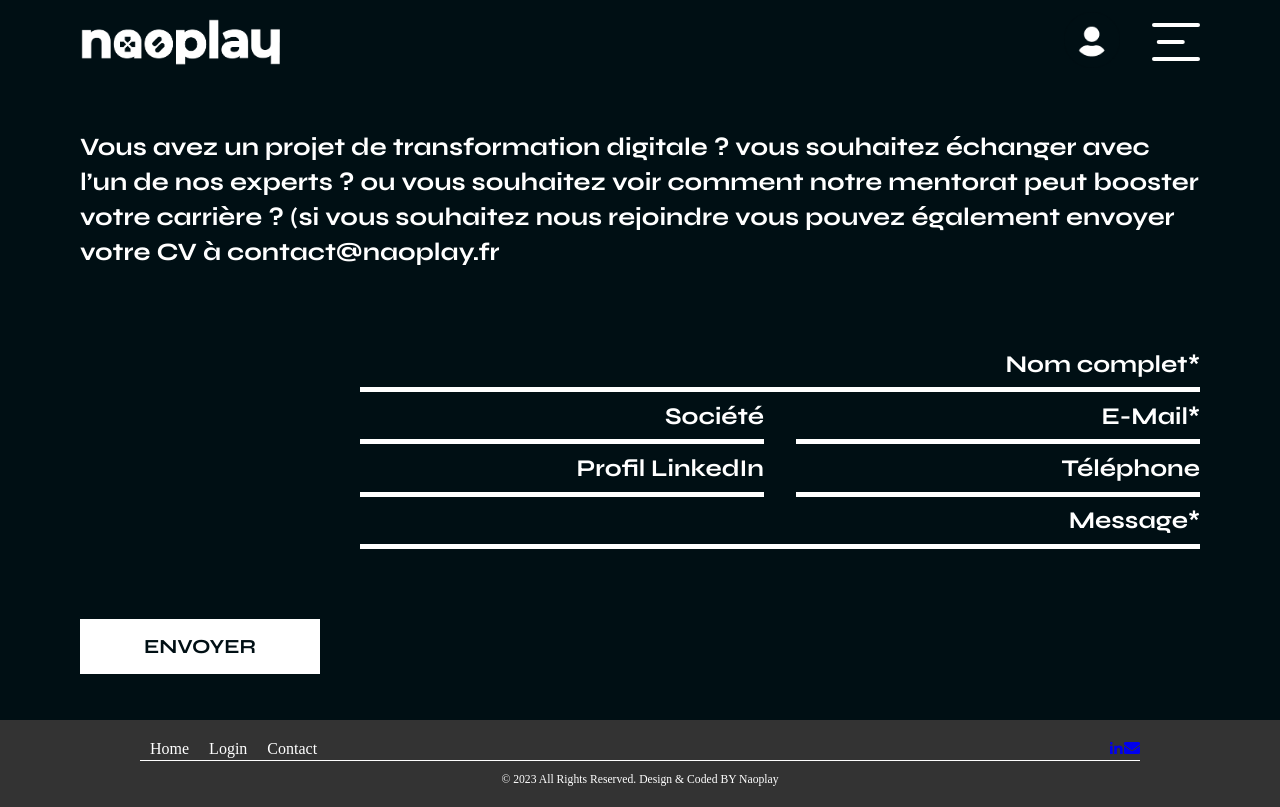
Repository: Hindsedrati/Naoplay
Page: /contact
The author's editor kept a copy of each file at every save. The page is drawn from the files as they stood at one save, then again after a run of saves.
The browser window is 1280 px wide. The pictures show the whole page.
The project was rebuilt for these pictures with package versions that can differ from the ones it lists, and the page was loaded fresh each time. Also part of the build but not shown: src/Pages/Login/index.jsx, src/Components/Const/index.jsx, src/Components/Partners/index.jsx, src/Components/Naoplay/index.jsx, src/Components/Api/index.jsx, src/Components/Digitalisation/index.jsx, src/Components/Gateway/index.jsx, src/Components/ApiManagement/index.jsx and 6 more.

Above is the page before, as saved 2023-05-09 11:26:02.

### public/index.html
<!DOCTYPE html>
<html lang="en">
  <head>
    <meta charset="utf-8" />
    <link href="https://fonts.googleapis.com/css2?family=Syne:wght@600;700&display=swap" rel="stylesheet">
    <link rel="apple-touch-icon" sizes="180x180" href="./favicons/apple-touch-icon.png">
    <link rel="icon" type="image/png" sizes="32x32" href="./favicons/favicon-32x32.png">
    <link rel="icon" type="image/png" sizes="16x16" href="./favicons/favicon-16x16.png">
    <link rel="manifest" href="./favicons/site.webmanifest">
    <link rel="mask-icon" href="./favicons/safari-pinned-tab.svg" color="#5bbad5">
    <meta name="viewport" content="width=device-width, initial-scale=1" />
    <meta name="theme-color" content="#000000" />
    <meta
      name="description"
      content="Web site created using create-react-app"
    />
    <link rel="apple-touch-icon" href="%PUBLIC_URL%/logo192.png" />
    <!--
      manifest.json provides metadata used when your web app is installed on a
      user's mobile device or desktop. See https://developers.google.com/web/fundamentals/web-app-manifest/
    -->
    <link rel="manifest" href="%PUBLIC_URL%/manifest.json" />
    <!--
      Notice the use of %PUBLIC_URL% in the tags above.
      It will be replaced with the URL of the `public` folder during the build.
      Only files inside the `public` folder can be referenced from the HTML.

      Unlike "/favicon.ico" or "favicon.ico", "%PUBLIC_URL%/favicon.ico" will
      work correctly both with client-side routing and a non-root public URL.
      Learn how to configure a non-root public URL by running `npm run build`.
    -->
    <title>NAOPLAY</title>
  </head>
  <body>
    <noscript>You need to enable JavaScript to run this app.</noscript>
    <div id="root"></div>
    <!--
      This HTML file is a template.
      If you open it directly in the browser, you will see an empty page.

      You can add webfonts, meta tags, or analytics to this file.
      The build step will place the bundled scripts into the <body> tag.

      To begin the development, run `npm start` or `yarn start`.
      To create a production bundle, use `npm run build` or `yarn build`.
    -->
  </body>
</html>

### src/style.scss
* {
    margin: 0;
    padding: 0;
    box-sizing: border-box;
}

.app-container {
    width: 100%;
    max-width: 100%;
    margin-left: auto;
    margin-right: auto;
}

.main-container {
    width: 100%;
    overflow-x: hidden;
}

@media screen and (min-width: 769px) and (max-width: 1900px) {
    .main-container {
        padding: 70px 80px 20px 80px;
    }
}
@media screen and (min-width: 1901px) {
    .main-container {
        padding: 150px 80px 20px 80px;
    }
}
@media screen and (max-width: 768px) {
    .main-container {
        padding: 1rem;
    }
}

### src/Layouts/Footer/Index.jsx
import './footer.scss';
import { RiLinkedinFill } from "react-icons/ri";
import { FaEnvelope } from "react-icons/fa";


function Footer() {
    return (
        <footer>

<div class="footer-content">
  <div class="footer-section links">
    <a href="/">Home</a>
    <a href="/">Login</a>
    <a href="/">Contact</a>
  </div>

  <div className="footer__icons">
    <a href="https://www.linkedin.com/company/naoplay/" target="_blank" rel="noreferrer">
      <RiLinkedinFill />
    </a>
    <a href="mailto:contact@naoplay.fr/" target="_blank" rel="noreferrer">
      <FaEnvelope />
    </a>
  </div>



</div>

<div class="footer-bottom">
  <small>&copy; 2023 All Rights Reserved. </small>
  <small>Design & Coded BY Naoplay </small>

</div>

        </footer>

    )
}

export default Footer

### src/Pages/Home/Home.scss
body{
    box-sizing: border-box;
    overflow-x: hidden;
}

### src/Layouts/Footer/footer.scss
footer {
    background-color: #333;
    color: #fff;
    padding: 20px 0;
  }

  .footer-content {
    display: flex;
    justify-content: space-between;
    max-width: 1000px;
    margin: 0 auto;
  }

  .footer-section {
    display: flex;
  }

  .links a,
  .social a {
    color: #fff;
    text-decoration: none;
    padding: 0 10px;
  }

  .links a:hover,
  .social a:hover {
    text-decoration: underline;
  }

  .social i {
    font-size: 24px;
    margin-left: 10px;
  }

  .footer-bottom {
    max-width: 1000px;
    margin: 0 auto;
    font-size: 14px;
    text-align: center;
    border-top: 1px solid #fff;
    padding-top: 10px;
  }
  .footer__mentions-wrapper {
    display: flex;
    flex-direction: column;
    align-items: center;
  }

### src/Sass/variables.scss
@import url('https://fonts.googleapis.com/css2?family=Syne:wght@200;400;500;600;700&display=swap');
@import url('https://fonts.googleapis.com/css2?family=DM+Sans:wght@200;400;500;600;700&display=swap');

@font-face {
    font-family: 'MonumentExtended';
    src: url('fonts/MonumentExtended-Regular.otf') format('truetype');
    font-weight: normal;
    font-style: normal;
}

$Dm: 'DM Sans', sans-serif;
$syne: 'Syne', sans-serif;

//colors
$dark: #000F14;
$light: white;
$primary: #00A8EB;
$bg: #fdfdfd;

### src/Components/Const/const.scss
@import '../../Sass/variables.scss';

.home {

  color: $light;
  background-image: url('../../assets/vision_naoplay.webp');
  background-size: cover;
  background-position: center;

  h1 {
    font-weight: bold;
    font-family: 'MonumentExtended', sans-serif;
  }

  h2 {
    font-family: $syne;
  }

  &__btn {
    text-decoration: none;
    color: $dark;
    display: inline-block;
    padding: 0.75rem 1.5rem;
    background-color: $light;
    font-family: $syne;
    font-size: 1rem;
    font-weight: 700;
    transition: background-color 0.3s ease;

    &:hover {
      background-color: $dark;
      color: $light;
    }
  }
}

@media screen and (min-width: 769px) and (max-width: 1900px) {
  .home {
    margin-top: 2rem;

    h1 {
      font-size: 70px;
      font-weight: 500;
    }

    h2 {
      margin-top: 80px;
      font-size: 32px;
      font-weight: 700;
      line-height: 40px;
    }

    &__btn {
      margin-top:150px;
    }
  }
}

/* Code ajouté pour centrer en version mobile */
@media screen and (max-width: 768px) {
  .home {
    //height: calc(100vh - 80px);
    //padding: 1rem;
    margin-top: 5rem;
    display: flex;
    justify-content: center;
    align-items: center;
    flex-direction: column;

    h1 {
      font-size: 30px;
      line-height: 45px;
      font-weight: 200;
    }

    h2 {
      margin-top: 50px;
      font-size: 20px;
      font-weight: 500;
      font-family: $Dm;
      line-height: 1.6;
    }

    &__btn {
      margin-top: 30px;
    }
  }
}

@media screen and (min-width: 1901px) {
  .home {
    height: 100vh;
    h1 {
      line-height: 5rem;
      font-size: 70px;
      font-weight: 500;
    }

    h2 {
      margin-top: 80px;
      font-size: 32px;
      font-weight: 700;
      line-height: 40px;
    }

    &__btn {
      margin-top: 80px;
    }
  }

}

### src/Components/Partners/partners.scss
@import '../../Sass/variables.scss';

.partners {
  min-height: 210px;
  background: $dark;
  color: $light;

  &__content {
    display: flex;
    align-items: center;
  }

  &__content h3 {
    font-family: 'MonumentExtended', sans-serif;
    color: $light;
  }
}

@media screen and (min-width: 769px) and (max-width: 1900px) {

  .partners {
    padding-left: 80px;
    display: grid;
    grid-template-columns: 1fr 3fr;

    &__content h3 {
      padding-right: 15px;
      font-size: 20px;
      font-weight: 500;
      line-height: 32px;
    }

    &__image {
      position: relative;
      width: auto;
      height: 70px;
      margin-top: 70px;
      overflow: hidden;
    }

    &__icons {
      position: absolute;
      display: flex;
      width: 150%;
      height: 70px;
      top: 0;
      left: 30px;
      color: #fff;

      animation-name: IconeMove;
      animation-duration: 7s;
      animation-iteration-count: infinite;
      animation-direction: alternate;
      animation-timing-function: ease-in-out;

      @keyframes IconeMove {
        from {
          transform: translateX(-25%);
        }

        to {
          transform: translateX(0);
        }
      }
    }

    &__icons img {
      height: 100%;
      width: auto;
      margin-right: 70px;

    }
  }
}

@media screen and (min-width: 1901px) {

  .partners {
    padding-left: 80px;
    display: grid;
    grid-template-columns: 1fr 3fr;

    &__content h3 {
      padding-right: 15px;
      font-size: 25px;
      font-weight: 500;
      line-height: 32px;
    }

    &__image {
      position: relative;
      width: auto;
      height: 70px;
      margin-top: 70px;
      overflow: hidden;
    }

    &__icons {
      position: absolute;
      display: flex;
      width: 150%;
      height: 70px;
      top: 0;
      left: 30px;
      color: #fff;

      animation-name: IconeMove;
      animation-duration: 9s;
      animation-iteration-count: infinite;
      animation-direction: alternate;
      animation-timing-function: ease-in-out;

      @keyframes IconeMove {
        from {
          transform: translateX(-25%);
        }

        to {
          transform: translateX(0);
        }
      }
    }

    &__icons img {
      height: 100%;
      width: auto;
      margin-right: 70px;

    }
  }
}

@media screen and (max-width: 768px) {

  .partners {
    padding: 1rem;

    &__content h3 {
      font-size: 20px;
      font-weight: 500;
      line-height: 32px;
    }

    &__image {
      position: relative;
      width: auto;
      height: 70px;
      margin-top: 50px;
      overflow: hidden;
    }

    &__icons {
      position: absolute;
      display: flex;
      width: 150%;
      height: 60px;
      top: 0;
      left: 30px;
      color: #fff;

      animation-name: IconeMove;
      animation-duration: 5s;
      animation-iteration-count: infinite;
      animation-direction: alternate;
      animation-timing-function: ease-in-out;

      @keyframes IconeMove {
        from {
          transform: translateX(-200%);
        }

        to {
          transform: translateX(0);
        }
      }
    }

    &__icons img {
      height: 100%;
      width: auto;
      margin-right: 70px;

    }
  }
}

### src/Components/Digitalisation/digital.scss
@import '../../Sass/variables.scss';

.digital {
  background-image: url('../../assets/eye-naoplay.webp');
  background-size: cover;
  background-position: center;
  width: 100%;
  height: 50vh;
  object-fit: none;
  color: $light;
  display: flex;
  align-items: center;
  justify-content: center;

  &__content {
    width: 100%;
    max-width: 960px;
    margin: 0 auto;
    padding: 0 1rem;
    text-align: center;
  }

  &__title {
    font-family: 'MonumentExtended', sans-serif;

    margin: 0;
    font-size: 2rem;
    line-height: 1;

  }

  @media screen and (max-width: 768px) {
    .digital{
      display: none;
    }
  }
}
@media screen and (min-width: 769px) and (max-width: 1900px) {
  .digital{
    display: none;
  }
}
@media screen and (min-width: 1900px){
  .digital{
    display: none;
  }
}

### src/Components/Gateway/gateway.scss
@import '../../Sass/variables.scss';

.Gateway{
    height: 100vh;
    padding: 100px;
    color: $dark;

    &__title {
        font-family: 'MonumentExtended', sans-serif;
    }

    &__content::-webkit-scrollbar {
        width: 0;
    }

}


@media screen and (min-width: 769px) and (max-width: 1900px) {
    .Gateway{
        display: grid;
        grid-template-columns: 1fr 2fr;
        align-items: center;

        &__content__child p{
            line-height: 4rem;
            font-family: $syne;
            font-size: 24px;
            font-weight: bold;
        }
    }

    .partone{
        display: block;
        height: calc(100vh - 200px);
        padding: 8rem 4rem 4rem;
        text-align: right;
        background: $dark;
        color: $light;
    }

    .partone:hover{
        background-color: $primary;
        scroll-behavior: smooth;
    }

    .parttwo{
        position: relative;
        height: calc(100vh - 200px);

        .Gateway__title {
            position: absolute;
            top: 0;
            bottom: 0;
            display: flex;
            align-items: center;
            margin-left: 6rem;
            font-size: 56px;
            vertical-align: middle;
        }

        .G1, .G2, .G3, .G4, .G5 {
            display: inline-block;
            margin-top: 5vh;
            margin-bottom: 5vh;
            border-bottom: 1rem solid $primary;
            border-right: 2rem solid transparent;
            line-height: 36px;
        }

        .G1{
            margin-left: 15%;
        }

        .G2{
            margin-left: 50%;
        }

        .G3{
            margin-left: 80%;
        }

        .G4{
            margin-left: 50%;
        }

        .G5{
            margin-left: 15%;
        }
    }
}

@media screen and (min-width: 1901px) {
    .Gateway{
        display: grid;
        grid-template-columns: 1fr 2fr;
        align-items: center;

        &__content__child p{
            line-height: 9rem;
            font-family: $syne;
            font-size: 30px;
            font-weight: bold;
        }
        .items{
            margin-top: 3rem;
        }
    }

    .partone{
        display: block;
        height: calc(100vh - 200px);
        padding: 4rem 4rem 4rem;
        text-align: right;
        background: $dark;
        color: $light;
    }

    .partone:hover{
        background-color: $primary;
        scroll-behavior: smooth;
    }

    .parttwo{
        position: relative;
        height: calc(100vh - 200px);

        .Gateway__title {
            position: absolute;
            top: 0;
            bottom: 0;
            display: flex;
            align-items: center;
            margin-left: 6rem;
            font-size: 56px;
            vertical-align: middle;
        }

        .G1, .G2, .G3, .G4, .G5 {
            display: inline-block;
            margin-top: 5vh;
            margin-bottom: 5vh;
            border-bottom: 1rem solid $primary;
            border-right: 2rem solid transparent;
            line-height: 36px;
        }

        .G1{
            margin-left: 15%;
        }

        .G2{
            margin-left: 50%;
        }

        .G3{
            margin-left: 80%;
        }

        .G4{
            margin-left: 50%;
        }

        .G5{
            margin-left: 15%;
        }
    }
}

@media screen and (max-width: 768px) {
    .Gateway{
        display: none;
    }
}

### src/Components/Management/management.scss
@import '../../Sass/variables.scss';

.management {
    background: $primary;
    color: $light;

    &__title {
        font-family: 'MonumentExtended', sans-serif;
    }

    &__content::-webkit-scrollbar {
        width: 0;
    }
}

@media screen and (min-width: 769px) and (max-width: 1900px) {
    .management {
        min-height: 100vh;

        &__title {
            display: none;
        }

        &__content {
            width: 100%;
            min-height: 250px;
            padding: 30px 100px;
            display: flex;
            flex-flow: row nowrap;
            gap: 100px;
            font-family: $syne;
            font-size: 20px;
            font-weight: 400;
            line-height: 30px;
            position: relative;

            .arrow_1 {
                display: none;
            }

            .arrow_2 {
                display: none;
            }

            & p {
                margin-top: .8rem;
                font-family: $Dm;
            }
        }
    }
}

@media screen and (min-width: 1901px) {
    .management {
        min-height: 100vh;

        &__title {
            display: none;
        }

        &__content {
            width: 100%;
            min-height: 250px;
            padding: 30px 100px;
            display: flex;
            flex-flow: row nowrap;
            gap: 100px;
            font-family: $syne;
            font-size: 20px;
            font-weight: 400;
            line-height: 30px;
            position: relative;

            .arrow_1 {
                display: none;
            }

            .arrow_2 {
                display: none;
            }

            & p {
                font-size: 25px;
                margin-top: .8rem;
                font-family: $Dm;
            }
        }
    }
}

@media screen and (max-width: 768px) {
    .management {
        padding: 2.5rem 1rem;

        &__content {
            display: flex;
            flex-flow: row nowrap;
            gap: 2rem;
            font-family: $syne;
            font-size: 25px;
            font-weight: 500;
            line-height: 30px;
            overflow: scroll;
            position: relative;

            &__child {
                min-width: 100%;
            }

            .arrow_1 {
                position: absolute;
                bottom: 2px;
                right: 10px;
                font-size: 30px;
                color: $primary;
                background: $light;
                display: flex;
                align-items: center;
                justify-content: center;
                border-radius: 50%;
                width: 40px;
                height: 40px;
            }

            .arrow_2 {
                position: absolute;
                bottom: 2px;
                right: -23rem;
                font-size: 2rem;
                background: $light;
                color: $primary;
                display: flex;
                align-items: center;
                justify-content: center;
                border-radius: 50%;
                width: 40px;
                height: 40px;
            }
        }

        &__title {
            margin-top: 30px;
            font-size: 30px;
            line-height: 30px;
            font-weight: 100;
        }

        &__content {
            font-size: 25px;
            font-weight: 700;
            line-height: 30px;
        }

        & p {
            margin-top: 30px;
            padding: 0rem 1rem;
        }
    }



}

Loaded but not shown: src/reportWebVitals.js (common file); src/index.js (34 lines, source omitted); src/Layouts/Header/header.scss (458 lines, source omitted); src/Components/ApiManagement/api_m.scss (329 lines, source omitted); src/Components/Api/api.scss (344 lines, source omitted); src/Components/Naoplay/naoplay.scss (359 lines, source omitted); src/Layouts/Header/Index.jsx (115 lines, source omitted); src/Pages/Error403/Error403.scss (201 lines, source omitted); src/Components/Mentorat/mentorat.scss (204 lines, source omitted); src/Components/Proxisation/proxi.scss (219 lines, source omitted); src/Pages/Error404/Error.scss (200 lines, source omitted); src/Pages/Contact/index.jsx (105 lines, source omitted); src/Pages/Login/login.scss (182 lines, source omitted); src/Pages/Contact/Contact.scss (206 lines, source omitted)

After the next 2 saves:
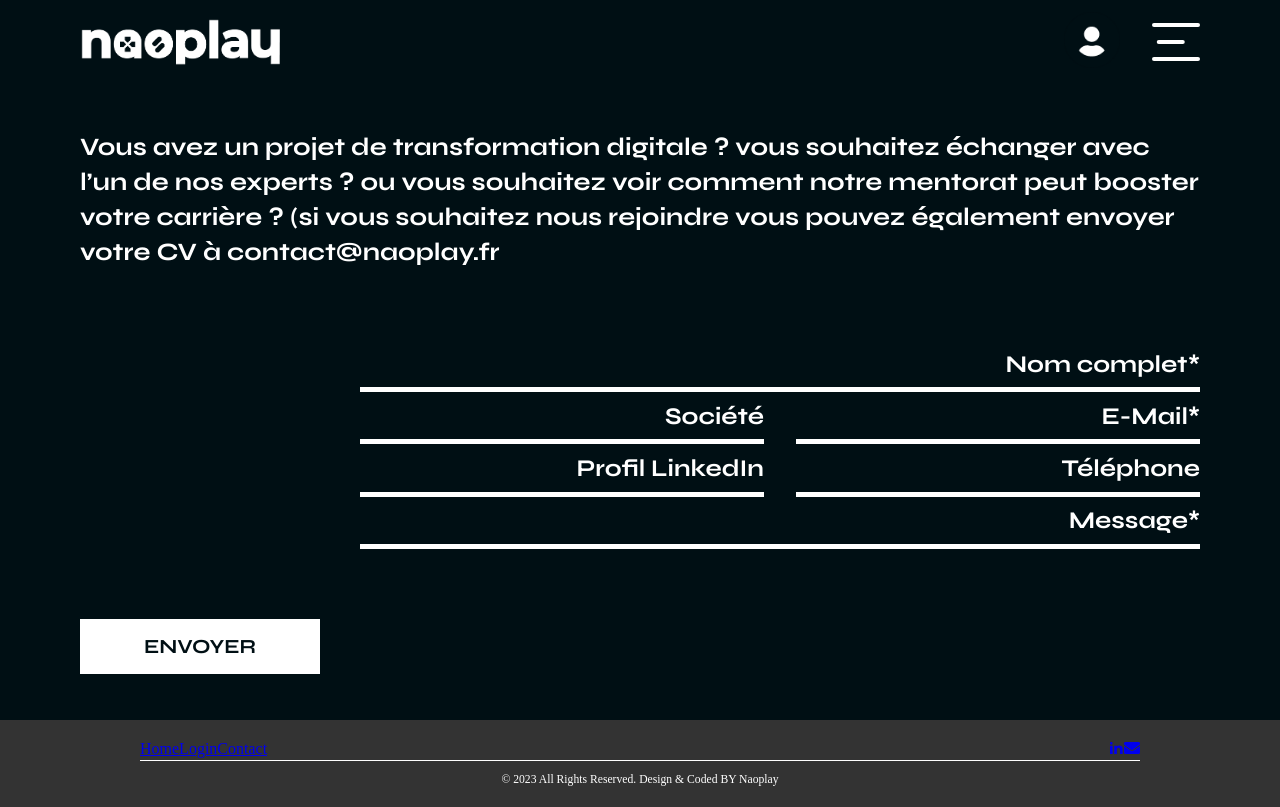
The 2 saves are shown as one change because 1 did not build or start.
The last was saved 6 min 34 s later.
--- a/src/Layouts/Footer/footer.scss
+++ b/src/Layouts/Footer/footer.scss
@@ -1,3 +1,5 @@
+@import '../../Sass/variables.scss';
+
 footer {
     background-color: #333;
     color: #fff;
@@ -17,9 +19,25 @@
 
   .links a,
   .social a {
-    color: #fff;
-    text-decoration: none;
-    padding: 0 10px;
+    a {
+      width: 50px;
+      height: 50px;
+      display: inline-block;
+      text-decoration: none;
+      color: $dark;
+      background-color: $light;
+      border-radius: 50%;
+      display: flex;
+      justify-content: center;
+      align-items: center;
+      margin-bottom: 4rem;
+  }
+
+  a:hover {
+      transform: scale(1.1);
+      background-color: $dark;
+      color: $light;
+  }
   }
 
   .links a:hover,

After the 2 saves that followed:
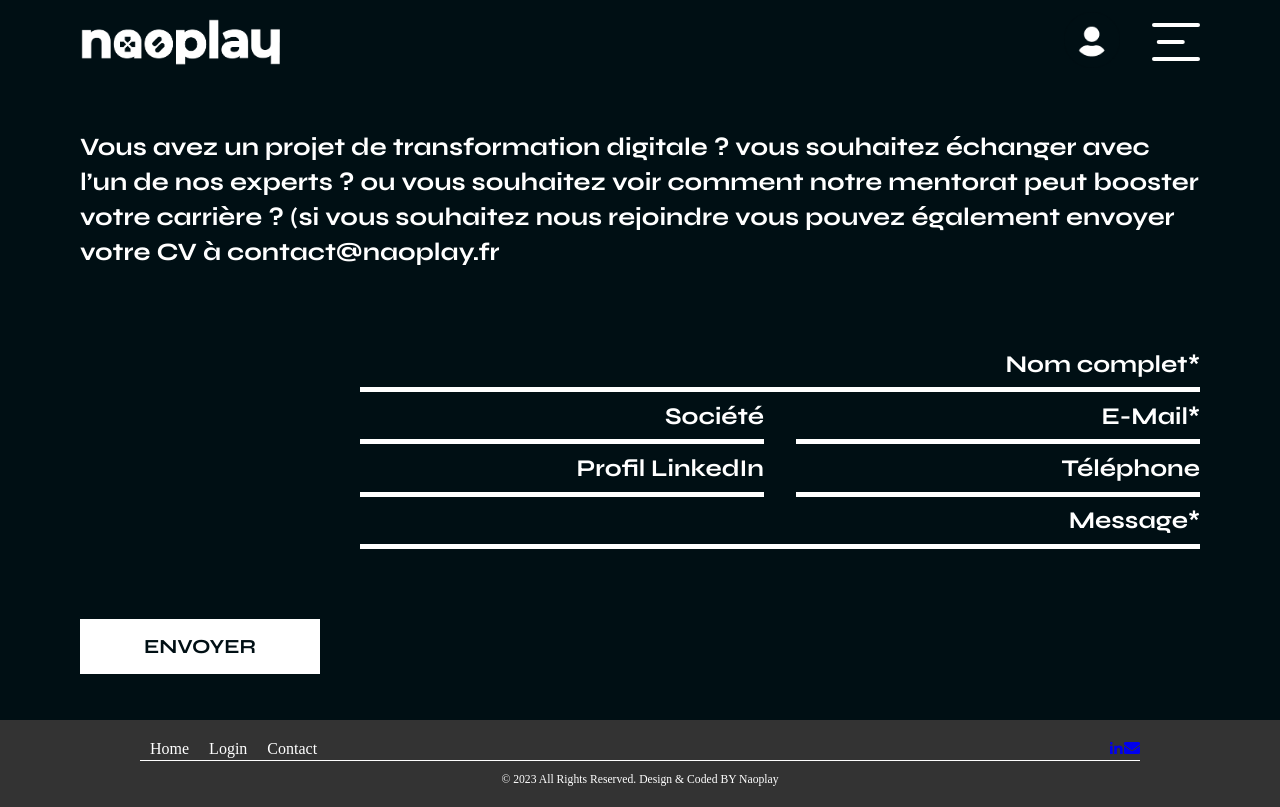
The 2 saves are shown as one change because 1 left the picture as it was.
The last was saved 32 s later.
--- a/src/Layouts/Footer/footer.scss
+++ b/src/Layouts/Footer/footer.scss
@@ -1,5 +1,3 @@
-@import '../../Sass/variables.scss';
-
 footer {
     background-color: #333;
     color: #fff;
@@ -19,25 +17,9 @@
 
   .links a,
   .social a {
-    a {
-      width: 50px;
-      height: 50px;
-      display: inline-block;
-      text-decoration: none;
-      color: $dark;
-      background-color: $light;
-      border-radius: 50%;
-      display: flex;
-      justify-content: center;
-      align-items: center;
-      margin-bottom: 4rem;
-  }
-
-  a:hover {
-      transform: scale(1.1);
-      background-color: $dark;
-      color: $light;
-  }
+    color: #fff;
+    text-decoration: none;
+    padding: 0 10px;
   }
 
   .links a:hover,
